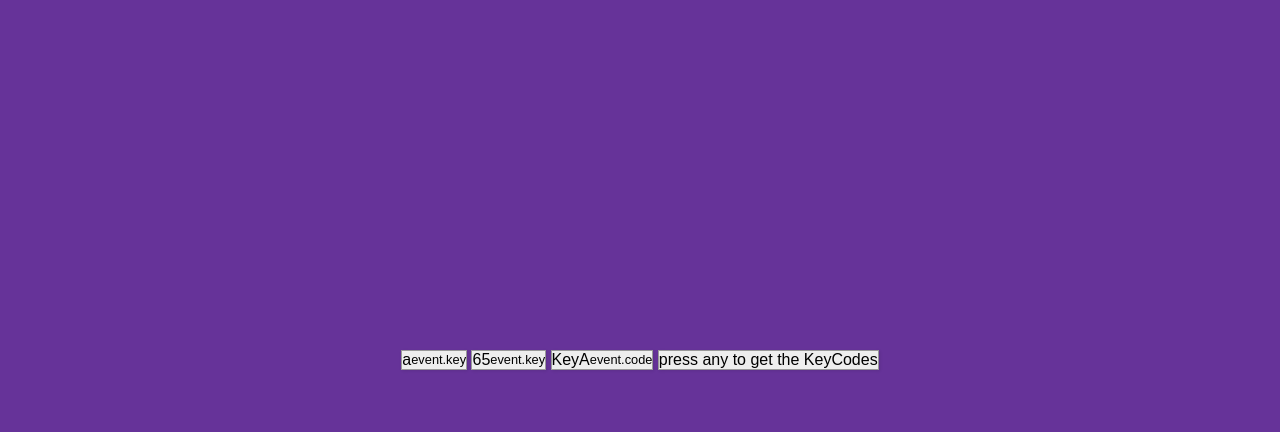
Repository: ElideZavala/Generator-Key
Page: index.html
An editor plug-in stored every save of this project. The page is shown before and after the next save, followed by the edit.
The browser window is 1280 px wide. The pictures show the whole page.
Some web fonts or font styles are not loaded; a fallback is used.

Above is the page before, as saved 2021-06-07 15:09:10.

After the next save:
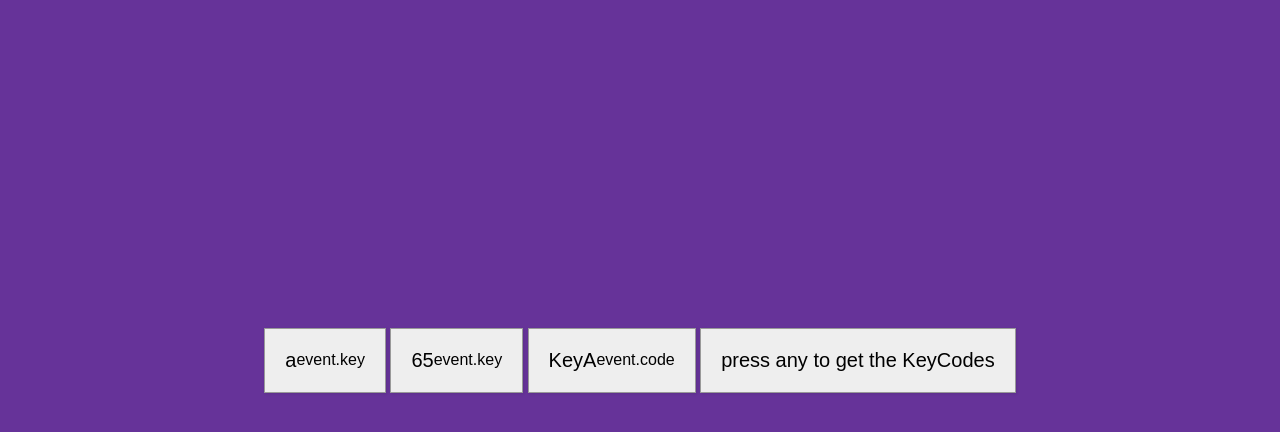
Saved 40 s later.
--- a/style.css
+++ b/style.css
@@ -24,4 +24,6 @@ body {
 	color: #000;
 	display: inline-flex;
 	align-items: center;
+	font-size: 20px;
+	padding: 20px;
 }
